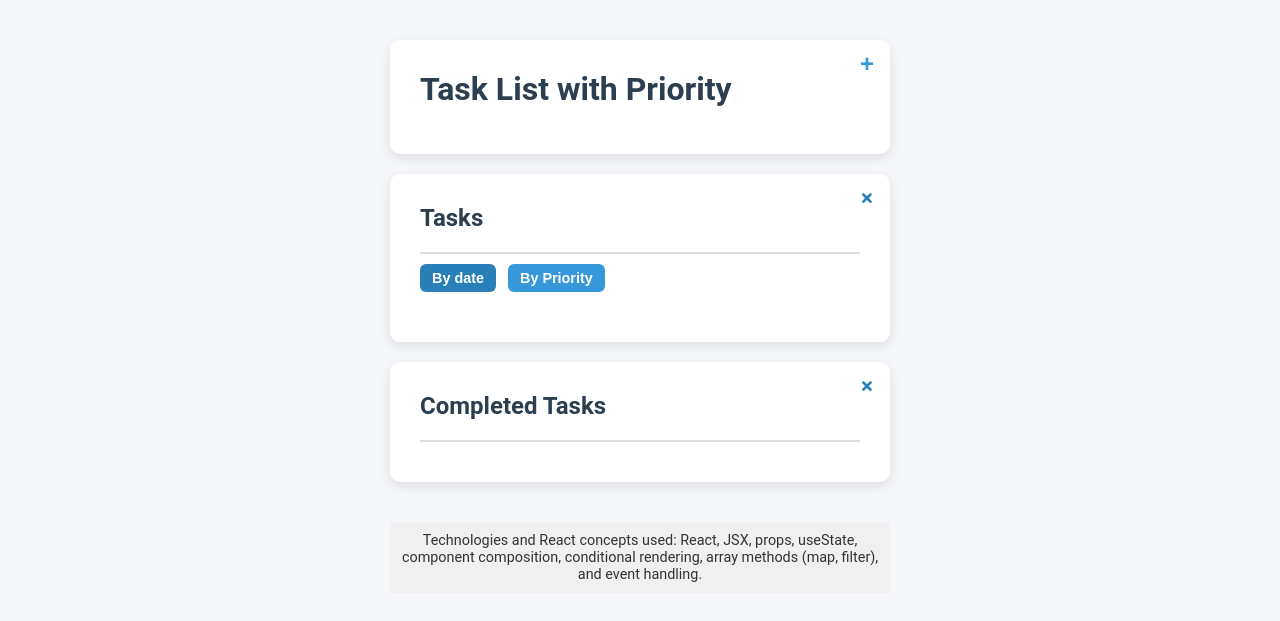
Repository: Lithium87/TaskList
Page: /
These files come from the project's save history. The page is drawn as it stood at one moment and after the next save; the edit follows.
The browser window is 1280 px wide. The pictures show the whole page.
The project was rebuilt for these pictures with package versions that can differ from the ones it lists, and the page was loaded fresh each time. Also part of the build but not shown: vite.config.js.

Above is the page before, as saved 2025-07-09 18:19:09.

### src/index.css
/* General app styles */
* {
  box-sizing: border-box;
  margin: 0;
  padding: 0;
}

body {
  font-family: "Roboto", sans-serif;
  background-color: #f5f7fa;
  display: flex;
  justify-content: center;
  align-items: flex-start;
  min-height: 100vh;
  padding: 40px;
  color: #333;
}

.app {
  display: flex;
  flex-direction: column;
  gap: 20px;
  max-width: 500px;
  width: 100%;
}

/* Main container for current tasks and completed tasks */
.task-container,
.completed-task-container {
  position: relative;
  background-color: #ffffff;
  border-radius: 10px;
  box-shadow: 0 4px 12px rgba(0, 0, 0, 0.1);
  padding: 30px;
}

/* Headings */
h1,
h2 {
  color: #2c3e50;
  margin-bottom: 16px;
}

/* Completed Task toggle button */
.completed-header {
  display: flex;
  align-items: center;
  justify-content: space-between;
}

.toggle-button {
  background: none;
  border: none;
  cursor: pointer;
  font-size: 1.2em;
  color: #3498db;
  transition: transform 0.3s ease;
}

.toggle-button.open {
  transform: rotate(180deg);
}

/* Sort buttons container */
.sort-controls {
  display: flex;
  justify-content: start;
  align-items: center;
  gap: 12px;
  margin-bottom: 20px;
}

/* Close/open button for sections */
.close-button {
  background: none;
  border: none;
  font-size: 1.5em;
  font-weight: bold;
  color: #3498db;
  cursor: pointer;
  position: absolute;
  top: 10px;
  right: 16px;
  padding: 0;
  transition: color 0.3s, transform 0.3s ease;
}

.close-button.open {
  transform: rotate(135deg); /* Turns "×" into "+" */
  color: #2980b9;
}

.close-button:hover {
  color: #2980b9;
}

/* Sort buttons */
.sort-button {
  padding: 6px 12px;
  background-color: #3498db;
  border: none;
  color: white;
  font-size: 0.9em;
  font-weight: bold;
  border-radius: 6px;
  cursor: pointer;
  transition: background-color 0.3s;
}

.sort-button.active {
  background-color: #2980b9;
  font-weight: bold;
}

.sort-button:hover {
  background-color: #2980b9;
}

/* Task form styles */
.task-form {
  display: flex;
  flex-direction: column;
  align-items: center;
  margin-bottom: 20px;
  animation: fade-in 0.5s ease-in-out;
}

.task-form input[type="text"],
.task-form select,
.task-form input[type="datetime-local"] {
  margin: 0 0 16px 0;
  padding: 12px;
  border-radius: 8px;
  border: 1px solid #ced4da;
  width: 80%;
  font-size: 1em;
  transition: border 0.3s;
}

.task-form input:focus,
.task-form select:focus,
.task-form input[type="datetime-local"]:focus {
  outline: none;
  border-color: #3498db;
}

.task-form button {
  padding: 12px 24px;
  border: none;
  background-color: #2980b9;
  color: white;
  font-size: 1em;
  font-weight: bold;
  border-radius: 8px;
  cursor: pointer;
  transition: background-color 0.3s, transform 0.2s;
  width: 80%;
}

.task-form button:hover {
  background-color: #2980b9;
  transform: translateY(-2px);
}

/* Task list styles */
.task-list,
.completed-task-list {
  list-style-type: none;
  padding: 0;
  width: 100%;
}

/* Task item styles */
.task-item {
  padding: 15px;
  border-radius: 8px;
  display: flex;
  justify-content: space-between;
  align-items: center;
  margin: 10px 0;
  font-size: 1.1em;
  transition: transform 0.2s, opacity 0.3s;
  animation: fade-in 0.5s ease-in-out;
}

.task-item.high {
  background-color: #f8d7da;
  color: #721c24;
  border-left: 6px solid #f5c6cb;
}

.task-item.medium {
  background-color: #fff3cd;
  color: #856404;
  border-left: 6px solid #ffeeba;
}

.task-item.low {
  background-color: #d4edda;
  color: #155724;
  border-left: 6px solid #c3e6cb;
}

.task-item:hover {
  transform: scale(1.02);
}

.task-info {
  flex: 1;
  text-align: left;
}

/* Date text style */
.task-deadline {
  font-size: 0.85em;
  color: #666;
  margin-top: 5px;
}

/* Buttons container for vertical alignment */
.task-buttons {
  display: flex;
  flex-direction: column;
  gap: 6px;
}

/* Complete button */
.complete-button {
  padding: 6px 10px;
  background-color: #2ecc71;
  border: none;
  color: white;
  border-radius: 6px;
  font-size: 0.85em;
  font-weight: bold;
  cursor: pointer;
  transition: background-color 0.3s, transform 0.2s;
}

.complete-button:hover {
  background-color: #27ae60;
  transform: translateY(-2px);
}

/* Delete button */
.delete-button {
  padding: 6px 10px;
  background-color: #e74c3c;
  border: none;
  color: white;
  border-radius: 6px;
  font-size: 0.85em;
  font-weight: bold;
  cursor: pointer;
  transition: background-color 0.3s, transform 0.2s;
}

.delete-button:hover {
  background-color: #c0392b;
  transform: translateY(-2px);
}

/* Completed task item */
.task-item.completed {
  background-color: #e0f7df;
  color: #155724;
  border-left: 6px solid #a5d6a7;
  opacity: 0.9;
}

/* Animation for completed tasks */
.completed-task-list .task-item {
  animation: fade-in 0.5s ease-in-out;
}

@keyframes fade-in {
  from {
    opacity: 0;
    transform: translateY(-10px);
  }
  to {
    opacity: 1;
    transform: translateY(0);
  }
}

/* Completed task list container with smooth slide-down effect */
.completed-task-list-container {
  overflow: hidden;
  max-height: 0;
  opacity: 0;
  transition: max-height 0.5s ease, opacity 0.5s ease;
}

.completed-task-list-container.open {
  max-height: 500px; /* Adjust as needed */
  opacity: 1;
}

/* Completed task list section */
.completed-task-list,
.task-list {
  margin-top: 20px;
  padding-top: 10px;
  border-top: 2px solid #ddd;
}

.footer {
  text-align: center;
  margin-top: 20px;
  padding: 10px;
  background-color: #f0f0f0;
  font-size: 0.9em;
}

### src/App.jsx
import {useState} from 'react';

function App () {
  const [tasks, setTasks] = useState ([]);
  const [sortType, setSortType] = useState ('date');
  const [sortOrder, setSortOrder] = useState ('asc');
  const [openSection, setOpenSection] = useState ({
    taskList: false,
    tasks: true,
    completedTasks: true,
  });

  const toggleSection = section => {
    setOpenSection (prev => ({
      ...prev,
      [section]: !prev[section],
    }));
  };

  const addTask = task => {
    setTasks ([...tasks, {...task, completed: false, id: Date.now ()}]);
  };

  const completeTask = id => {
    setTasks (
      tasks.map (task => (task.id === id ? {...task, completed: true} : task))
    );
  };

  const deleteTask = id => {
    setTasks (tasks.filter (task => task.id !== id));
  };

  const sortTasks = tasks => {
    if (sortType === 'date') {
      return [...tasks].sort ((a, b) => {
        const dateA = new Date (a.deadline);
        const dateB = new Date (b.deadline);
        return sortOrder === 'asc' ? dateA - dateB : dateB - dateA;
      });
    } else if (sortType === 'priority') {
      const priorityOrder = {low: 1, medium: 2, high: 3};
      return [...tasks].sort ((a, b) => {
        return sortOrder === 'asc'
          ? priorityOrder[a.priority] - priorityOrder[b.priority]
          : priorityOrder[b.priority] - priorityOrder[a.priority];
      });
    }
    return tasks;
  };

  const toggleSortOrder = type => {
    if (sortType === type) {
      setSortOrder (prev => (prev === 'asc' ? 'desc' : 'asc'));
    } else {
      setSortType (type);
      setSortOrder ('asc');
    }
  };

  const activeTasks = sortTasks (tasks.filter (task => !task.completed));
  const completedTasks = tasks.filter (task => task.completed);

  return (
    <div className="app">
      <div className="task-container">
        <h1>Task List with Priority</h1>
        <button
          className={`close-button ${openSection.taskList ? 'open' : ''}`}
          onClick={() => toggleSection ('taskList')}
        >
          +
        </button>
        {openSection.taskList && <TaskForm addTask={addTask} />}
      </div>

      <div className="task-container">
        <h2>Tasks</h2>
        <button
          className={`close-button ${openSection.tasks ? 'open' : ''}`}
          onClick={() => toggleSection ('tasks')}
        >
          +
        </button>
        {openSection.tasks &&
          <TaskList
            completeTask={completeTask}
            deleteTask={deleteTask}
            activeTasks={activeTasks}
          />}
        <div className="sort-controls">
          <button
            className={`sort-button ${sortType === 'date' ? 'active' : ''}`}
            onClick={() => toggleSortOrder ('date')}
          >
            By date
          </button>
          <button
            className={`sort-button ${sortType === 'priority' ? 'active' : ''}`}
            onClick={() => toggleSortOrder ('priority')}
          >
            By Priority
          </button>
        </div>
      </div>

      <div className="completed-task-container">
        <h2>Completed Tasks</h2>
        <button
          className={`close-button ${openSection.completedTasks ? 'open' : ''}`}
          onClick={() => toggleSection ('completedTasks')}
        >
          +
        </button>
        {openSection.completedTasks &&
          <CompletedTaskList
            deleteTask={deleteTask}
            completedTasks={completedTasks}
          />}
      </div>

      <Footer />
    </div>
  );
}

const TaskForm = ({addTask}) => {
  const [formData, setFormData] = useState ({
    title: '',
    priority: 'low',
    deadline: '',
  });

  const handleChange = e => {
    const {name, value} = e.target;
    setFormData (prev => ({
      ...prev,
      [name]: value,
    }));
  };

  const handleSubmit = e => {
    e.preventDefault ();
    console.log ('Task submitted:', formData);
    if (formData.title.trim () && formData.deadline) {
      addTask (formData);
      setFormData ({title: '', priority: 'low', deadline: ''});
    }
  };

  return (
    <form className="task-form" onSubmit={handleSubmit}>
      <input
        type="text"
        name="title"
        value={formData.title}
        placeholder="Task title"
        required
        onChange={handleChange}
      />
      <select
        name="priority"
        value={formData.priority}
        required
        onChange={handleChange}
      >
        <option value="low">Low Priority</option>
        <option value="medium">Medium Priority</option>
        <option value="high">High Priority</option>
      </select>
      <input
        type="datetime-local"
        name="deadline"
        value={formData.deadline}
        required
        onChange={handleChange}
      />
      <button type="submit" onSubmit={handleSubmit}>Add Task</button>
    </form>
  );
};

const TaskList = ({activeTasks, deleteTask, completeTask}) => {
  return (
    <ul className="task-list">
      {activeTasks.map (task => (
        <TaskItem
          key={task.id}
          task={task}
          deleteTask={deleteTask}
          completeTask={completeTask}
        />
      ))}
    </ul>
  );
};

const TaskItem = ({task, deleteTask, completeTask}) => {
  return (
    <li className={`task-item ${task.priority.toLowerCase ()}`}>
      <div className="task-info">
        <div>
          {task.title} <strong>{task.priority}</strong>
        </div>
        <div className="task-deadline">
          Due: {new Date (task.deadline).toLocaleString ()}
        </div>
      </div>
      <div className="task-buttons">
        {!task.completed &&
          <button
            className="complete-button"
            onClick={() => completeTask (task.id)}
          >
            Complete
          </button>}
        <button className="delete-button" onClick={() => deleteTask (task.id)}>
          Delete
        </button>
      </div>
    </li>
  );
};

const CompletedTaskList = ({completedTasks, deleteTask}) => {
  return (
    <ul className="completed-task-list">
      {completedTasks.map (task => (
        <TaskItem key={task.id} task={task} deleteTask={deleteTask} />
      ))}
    </ul>
  );
};

const Footer = () => {
  return (
    <footer className="footer">
      <p>
        Technologies and React concepts used: React, JSX, props, useState,
        component composition, conditional rendering,
        array methods (map, filter), and event handling.
      </p>
    </footer>
  );
};

export default App;

Loaded but not shown: src/main.jsx (common file)

After the next save:
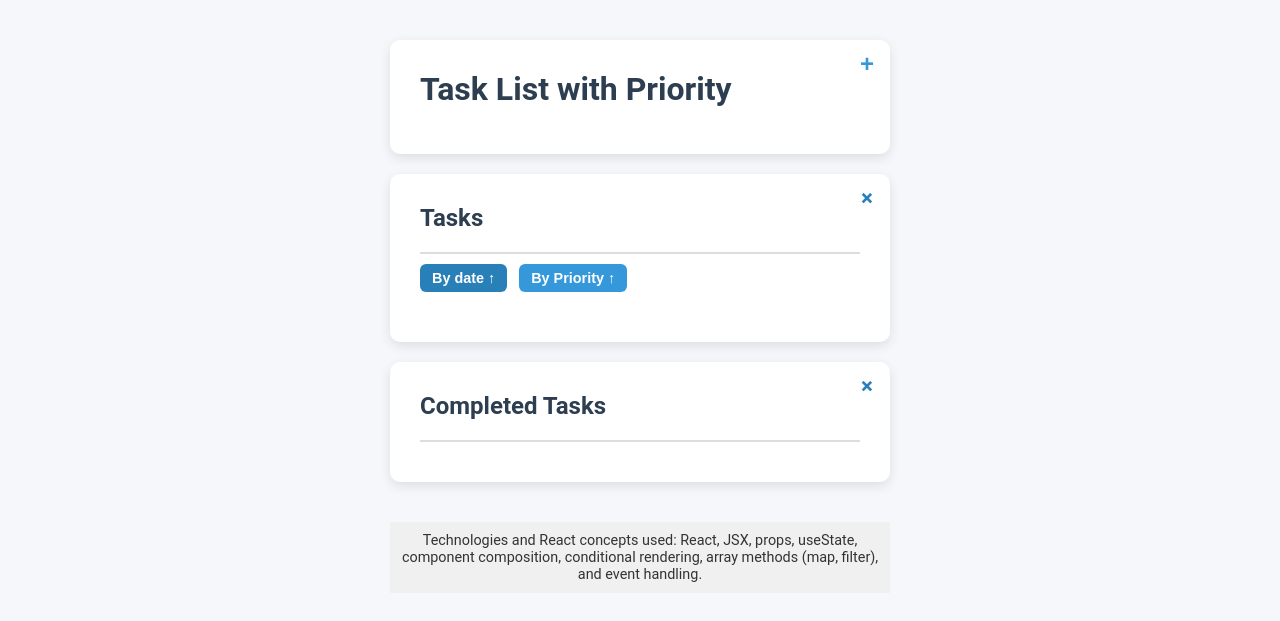
Saved 22 s later.
--- a/src/App.jsx
+++ b/src/App.jsx
@@ -93,13 +93,13 @@ function App () {
             className={`sort-button ${sortType === 'date' ? 'active' : ''}`}
             onClick={() => toggleSortOrder ('date')}
           >
-            By date
+            By date {sortOrder === 'asc' ? '↑' : '↓'}
           </button>
           <button
             className={`sort-button ${sortType === 'priority' ? 'active' : ''}`}
             onClick={() => toggleSortOrder ('priority')}
           >
-            By Priority
+            By Priority {sortOrder === 'asc' ? '↑' : '↓'}
           </button>
         </div>
       </div>
